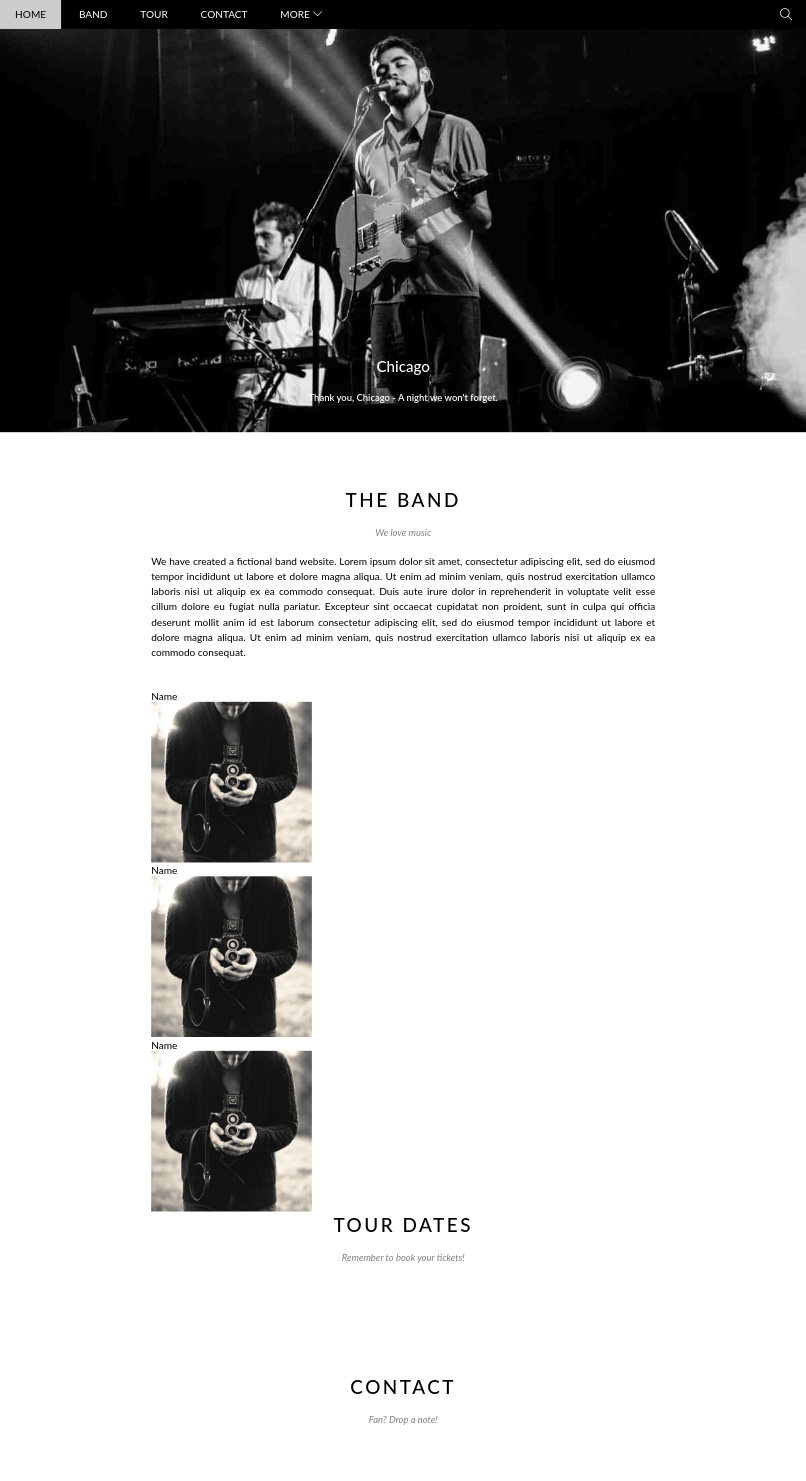
Repository: tatvanhco/web-dau-tay
Page: index.html
The author's editor kept a copy of each file at every save. The page is drawn from the files as they stood at one save, then again after the next save.
The browser window is 1280 px wide. The pictures show the whole page, at 63% of full size.

Above is the page before, as saved 2022-01-23 19:11:33.

### index.html
<!DOCTYPE html>
<html lang="en">
<head>
    <meta charset="UTF-8">
    <!-- <meta http-equiv="X-UA-Compatible" content="IE=edge"> -->
    <meta name="viewport" content="width=device-width, initial-scale=1.0">
    <title>the band</title>
    <link rel="shortcut icon" href="./assets/img/band/logo.png" type="image/x-icon">
    <link rel="stylesheet" href="./assets/fronts/themify-icons/themify-icons.css">
    <link rel="stylesheet" href="./assets/css/style.css">
    <link rel="stylesheet" href="./assets/css/responsive.css">
</head>
<body>
    <div id="main">
        <div id="header">
            <ul id="nav">
                <li><a href="#">home</a></li>
                <li><a href="#">band</a></li>
                <li><a href="#">tour</a></li>
                <li><a href="#">contact</a></li>
                <li>
                    <a href="#">more
                        <i class="drop-down ti-angle-down"></i>
                    </a>
                    <div class="subnav">
                        <ul>
                            <li><a href="">Merchandise</a></li>
                            <li><a href="">Extras</a></li>
                            <li><a href="">Media</a></li>
                        </ul>
                    </div>
                </li>
            </ul>
            <div class="search-btn">
                <i class="search-icon ti-search"></i>
            </div>
        </div>
        <div id="slide">
            <div class="text-content">
                <h2 class="text-heading">Chicago</h2>
                <div class="text-desc">Thank you, Chicago - A night we won't forget.</div>
            </div>
        </div>
        <div id="content">
            <div class="content-section">
                <h2 class="section-heading">THE BAND</h2>
                <p class="section-sub-heading">We love music</p>
                <p class="about">
                    We have created a fictional band website. Lorem ipsum dolor sit amet, consectetur adipiscing elit, sed do eiusmod tempor incididunt ut labore et dolore magna aliqua. Ut enim ad minim veniam, quis nostrud exercitation ullamco laboris nisi ut aliquip ex ea commodo consequat. Duis aute irure dolor in reprehenderit in voluptate velit esse cillum dolore eu fugiat nulla pariatur. Excepteur sint occaecat cupidatat non proident, sunt in culpa qui officia deserunt mollit anim id est laborum consectetur adipiscing elit, sed do eiusmod tempor incididunt ut labore et dolore magna aliqua. Ut enim ad minim veniam, quis nostrud exercitation ullamco laboris nisi ut aliquip ex ea commodo consequat.
                </p>
                <div class="team">
                    <div class="team-list">
                        <p class="team-name">Name</p>
                        <img src="./assets/img/band/member.jpg" >
                    </div>

                    <div class="team-list">
                        <p class="team-name">Name</p>
                        <img src="./assets/img/band/member.jpg" >
                    </div>

                    <div class="team-list">
                        <p class="team-name">Name</p>
                        <img src="./assets/img/band/member.jpg" >
                    </div>
                </div>
            </div>

            <div class="content-section">
                <h2 class="section-heading">TOUR DATES</h2>
                <p class="section-sub-heading">Remember to book your tickets!</p>
            </div>

            <div class="content-section">
                <h2 class="section-heading">CONTACT</h2>
                <p class="section-sub-heading">Fan? Drop a note!</p>
            </div>
        </div>
        <div id="footer">

        </div>
    </div>
</body>
</html>

### assets/css/style.css
* {
    margin: 0;
    padding: 0;
    box-sizing: border-box;
}

body {
    font-family: "Lato", sans-serif;
}

#header {
    width: 100%;
    height: 46px;
    background-color: #000;
    position: fixed;
    top: 0;
    left: 0;
    right: 0;
    z-index: 1;
}
#nav {
    display: inline-block;
}

#nav > li {
    display: inline-block;
}

#nav li {
    position: relative;
    list-style-type: none;
}

#nav > li > a {
    color: #fff;
    text-transform: uppercase;
}

#nav li a {
    text-decoration: none;
    padding: 0 24px;
    line-height: 46px;
    display: block;

}

#nav li:hover .subnav {
    display: block;
}

#nav .subnav li:hover a,
#nav > li:hover > a {
    background-color: #ccc;
    color: #000;
}

#nav .subnav {
    display: none;
    min-width: 160px;
    position: absolute;
    top: 100%;
    left: 0;
    background-color: #fff;
    box-shadow: 0 0 10px rgba(0, 0, 0, 0.3);
}

#nav .subnav a {
    color: #000;
    padding: 0px 24px;
    line-height: 38px;
}

#header .search-btn {
    float: right;
    padding: 0 22px;
    cursor: pointer;
}

#header .search-btn:hover {
    background-color: #f44336;
}

#header .search-icon {
    color: #fff;
    font-size: 20px;
    line-height: 46px;
}

#slide {
    position: relative;
    margin-top: 46px;
    padding-top: 50%;
    background: url(/assets/img/slider/chicago.jpg) top center / cover no-repeat;
}

#slide .text-content {
    color: #fff;
    position: absolute;
    bottom: 47px;
    /* cách canh giữa
    left: 50%;
    transform: translateX(-50%); */
    width: 100%;
    text-align: center;
}

#slide .text-heading {
    font-weight: 500;
    font-size: 24px;
}

#slide .text-desc {
    font-weight: 600;
    margin-top: 25px;
    font-size: 15px;
}

#content {

}

#content .content-section {
    max-width: 800px;
    margin-left: auto;
    margin-right: auto;
    padding: 64px 0;
}

#content .section-heading,
#content .section-sub-heading {
    text-align: center;
    margin: 25px 0;
}

#content .section-heading {
    font-size: 30px;
    font-weight: 500;
    letter-spacing: 4px;
}

#content .section-sub-heading {
    font-size: 15px;
    opacity: 0.5;
    font-style: italic;
}

#content .about {
    text-align: justify;
    line-height: 1.5;
}

#content .team {
    margin-top: 48px;
}

#content .team-list {
    float: left;
    width: 100%;
}

Loaded but not shown: assets/fronts/themify-icons/themify-icons.css (common file); assets/css/responsive.css (no copy from this time; the picture is the same without it)

After the next save:
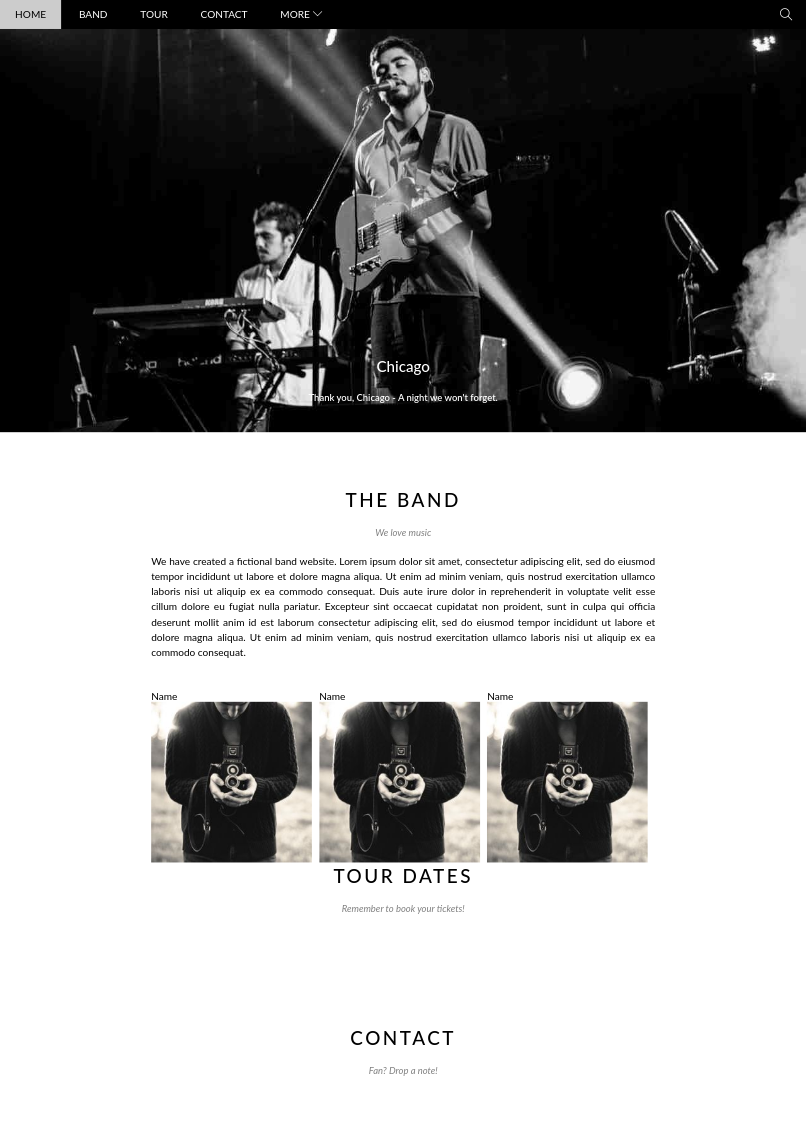
Saved 20 s later.
--- a/assets/css/style.css
+++ b/assets/css/style.css
@@ -155,5 +155,5 @@ body {
 
 #content .team-list {
     float: left;
-    width: 100%;
+    width: 33.33333%;
 }
